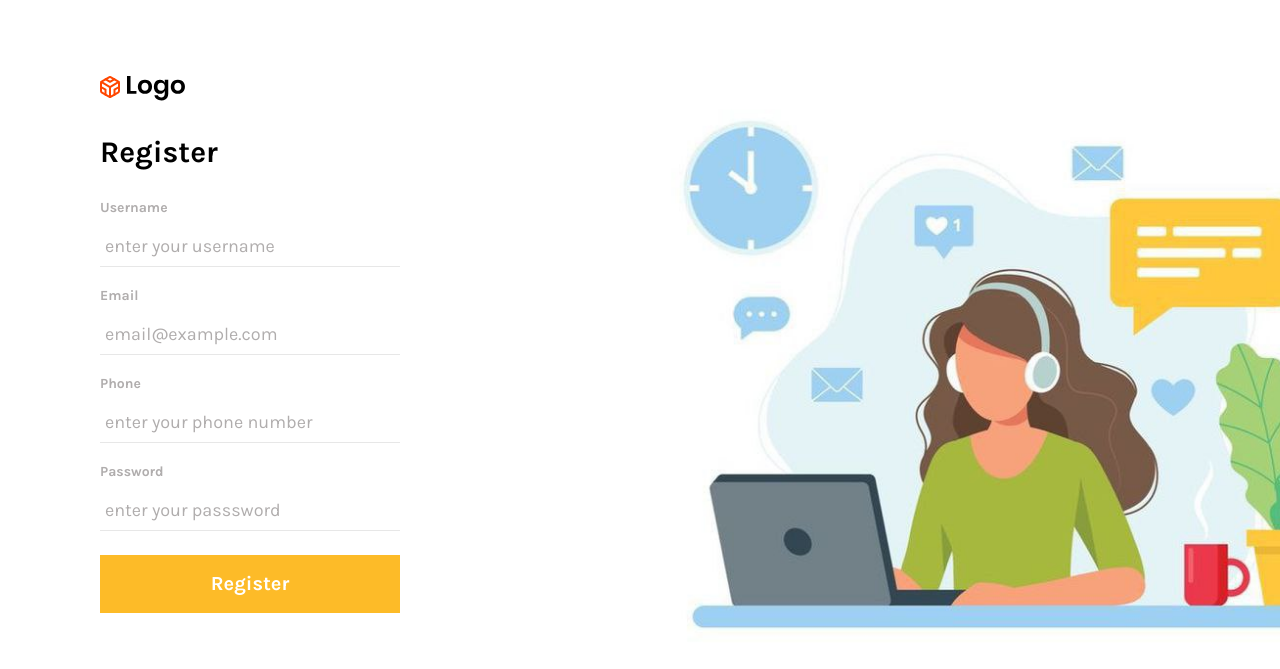
Repository: sara55m/Login
Page: http://localhost/register
These files come from the project's save history. The page is drawn as it stood at one moment and after the next save; the edit follows.
The browser window is 1280 px wide. The pictures show the whole page.
Some web libraries are served in a nearby version. The page is served by the project's Laravel application, run on PHP 8.4 with Laravel 10. Other server files are loaded and not shown.

Above is the page before, as saved 2024-03-18 08:03:42.

### routes/web.php
<?php

use Illuminate\Support\Facades\Route;
use App\Http\Controllers\RegisterController;
use App\Http\Controllers\LoginController;

/*
|--------------------------------------------------------------------------
| Web Routes
|--------------------------------------------------------------------------
|
| Here is where you can register web routes for your application. These
| routes are loaded by the RouteServiceProvider and all of them will
| be assigned to the "web" middleware group. Make something great!
|
*/

Route::get('/welcome', function () {
    return view('welcome');
});


Route::get('/register', [RegisterController::class,'create']);


Route::post('/register/store', [RegisterController::class,'store']);

Route::get('/login', [LoginController::class,'create']);

Route::post('/login/store', [LoginController::class,'store']);

### app/Http/Controllers/RegisterController.php
<?php

namespace App\Http\Controllers;

use Illuminate\Http\Request;
use App\Models\User;

class RegisterController extends Controller
{
    public function create(){
        return view('register');
    }
    public function store(Request $request){
        $input=$request->all();
        $validateData=$request->validate([
            'username'=>'required|max:255',
            'email'=>'required|unique:users,email|max:255',
            'phone'=>'required|max_digits:11',
            'password'=>'required'
        ]);

        User::create([

            'username'=>$request->username,
            'email'=>$request->email,
            'phone'=>$request->phone,
            'password'=>$request->password

        ]);
        session()->flash('Add','Your Account Was Successfully Created');


        return redirect('/register');


    }
}

### resources/views/register.blade.php
<!DOCTYPE html>
<html lang="en">
<head>
  <meta charset="UTF-8">
  <meta name="viewport" content="width=device-width, initial-scale=1.0">
  <meta http-equiv="X-UA-Compatible" content="ie=edge">
  <title>Register Page</title>
  <link href="https://fonts.googleapis.com/css?family=Karla:400,700&display=swap" rel="stylesheet">
  <link rel="stylesheet" href="https://cdn.materialdesignicons.com/4.8.95/css/materialdesignicons.min.css">
  <link rel="stylesheet" href="https://stackpath.bootstrapcdn.com/bootstrap/4.4.1/css/bootstrap.min.css">
  <link rel="stylesheet" href="assets/css/register.css">
</head>
<body>


              @if($errors->any())
              <div class="alert alert-danger">
                <ul>
                  @foreach ($errors->all() as $error )
                  <li>{{$error}}</li>
                  @endforeach
                </ul>
              </div>
              @endif

              @if(session()->has('Add'))
<div class="alert alert-success alert-dismissible fade show" role="alert">
	<strong>{{session()->get('Add')}}</strong>
	<button type="button" class="close" data-dismiss="alert" aria-label="Close">
		<span aria-hidden="true">&times;</span>
	</button>
</div>
@endif


<main>
  <div class="container-fluid">
    <div class="row">
      <div class="col-sm-6 login-section-wrapper">
        <div class="brand-wrapper">
          <img src="assets/images/logo.svg" alt="logo" class="logo">
        </div>
        <div class="login-wrapper my-auto">
          <h1 class="login-title">Register</h1>
          <form action="/register/store" method="post">
            @csrf

            <div class="form-group">
              <label for="username">Username</label>
              <input type="text" name="username" id="username" class="form-control" placeholder="enter your username">
            </div>
            <div class="form-group">
              <label for="email">Email</label>
              <input type="email" name="email" id="email" class="form-control" placeholder="email@example.com">
            </div>

            <div class="form-group">
              <label for="phone">Phone</label>
              <input type="text" name="phone" id="phone" class="form-control" placeholder="enter your phone number">
            </div>
            <div class="form-group mb-4">
              <label for="password">Password</label>
              <input type="password" name="password" id="password" class="form-control" placeholder="enter your passsword">
            </div>
            <input name="register" id="register" class="btn btn-block login-btn" type="button" value="Register">
          </form>


        </div>
      </div>
      <div class="col-sm-6 px-0 d-none d-sm-block">
        <img src="assets/images/login2.jpg" alt="register image" class="login-img">
      </div>
    </div>
  </div>
</main>
<script src="https://code.jquery.com/jquery-3.4.1.min.js"></script>
<script src="https://cdn.jsdelivr.net/npm/popper.js@1.16.0/dist/umd/popper.min.js"></script>
<script src="https://stackpath.bootstrapcdn.com/bootstrap/4.4.1/js/bootstrap.min.js"></script>
</body>
</html>









              {{-- <form action="/register/store" method="post">
                @csrf
                <div class="form-group">
                    <label for="username" class="sr-only">Username</label>
                    <input type="text" name="username" id="username" class="form-control" placeholder="Username">

                  </div>
                  <div class="form-group">
                    <label for="email" class="sr-only">Email</label>
                    <input type="email" name="email" id="email" class="form-control" placeholder="Email address">
                  </div>

                  <div class="form-group">
                    <label for="phone" class="sr-only">Phone</label>
                    <input type="text" name="phone" id="phone" class="form-control" placeholder="Phone Number">
                  </div>
                  <div class="form-group mb-4">
                    <label for="password" class="sr-only">Password</label>
                    <input type="password" name="password" id="password" class="form-control" placeholder="***********">
                  </div>
                  <button type="submit" class="btn btn-primary" name="register">Register</button>
                </form>



                </nav>
                @endsection --}}

### public/assets/css/register.css
body {
  font-family: "Karla", sans-serif;
  background-color: #fff;
  min-height: 100vh; }

.brand-wrapper {
  padding-top: 7px;
  padding-bottom: 8px; }
  .brand-wrapper .logo {
    height: 25px; }

.login-section-wrapper {
  display: -webkit-box;
  display: flex;
  -webkit-box-orient: vertical;
  -webkit-box-direction: normal;
          flex-direction: column;
  padding: 68px 100px;
  background-color: #fff; }
  @media (max-width: 991px) {
    .login-section-wrapper {
      padding-left: 50px;
      padding-right: 50px; } }
  @media (max-width: 575px) {
    .login-section-wrapper {
      padding-top: 20px;
      padding-bottom: 20px;
      min-height: 100vh; } }

.login-wrapper {
  width: 300px;
  max-width: 100%;
  padding-top: 24px;
  padding-bottom: 24px; }
  @media (max-width: 575px) {
    .login-wrapper {
      width: 100%; } }
  .login-wrapper label {
    font-size: 14px;
    font-weight: bold;
    color: #b0adad; }
  .login-wrapper .form-control {
    border: none;
    border-bottom: 1px solid #e7e7e7;
    border-radius: 0;
    padding: 9px 5px;
    min-height: 40px;
    font-size: 18px;
    font-weight: normal; }
    .login-wrapper .form-control::-webkit-input-placeholder {
      color: #b0adad; }
    .login-wrapper .form-control::-moz-placeholder {
      color: #b0adad; }
    .login-wrapper .form-control:-ms-input-placeholder {
      color: #b0adad; }
    .login-wrapper .form-control::-ms-input-placeholder {
      color: #b0adad; }
    .login-wrapper .form-control::placeholder {
      color: #b0adad; }
  .login-wrapper .login-btn {
    padding: 13px 20px;
    background-color: #fdbb28;
    border-radius: 0;
    font-size: 20px;
    font-weight: bold;
    color: #fff;
    margin-bottom: 14px; }
    .login-wrapper .login-btn:hover {
      border: 1px solid #fdbb28;
      background-color: #fff;
      color: #fdbb28; }
  .login-wrapper a.forgot-password-link {
    color: #080808;
    font-size: 14px;
    text-decoration: underline;
    display: inline-block;
    margin-bottom: 54px; }
    @media (max-width: 575px) {
      .login-wrapper a.forgot-password-link {
        margin-bottom: 16px; } }
  .login-wrapper-footer-text {
    font-size: 16px;
    color: #000;
    margin-bottom: 0; }

.login-title {
  font-size: 30px;
  color: #000;
  font-weight: bold;
  margin-bottom: 25px; }

.login-img {
  width: 100%;
  height: 100vh;
  -o-object-fit: cover;
     object-fit: cover;
  -o-object-position: left;
     object-position: left; }

/*# sourceMappingURL=login.css.map */

### public/assets/images/logo.svg
<svg xmlns="http://www.w3.org/2000/svg" width="85" height="25" viewBox="0 0 85 25">
  <g fill="none" fill-rule="evenodd" transform="translate(1)">
    <g stroke="#FF4600" stroke-linecap="round" stroke-linejoin="round" stroke-width="2" transform="translate(0 1)">
      <path d="M18,14 L18,6 C17.9992679,5.28620161 17.6181681,4.62689901 17,4.27 L10,0.27 C9.38119785,-0.0872655899 8.61880215,-0.0872655899 8,0.27 L1,4.27 C0.38183192,4.62689901 0.00073214874,5.28620161 0,6 L0,14 C0.00073214874,14.7137984 0.38183192,15.373101 1,15.73 L8,19.73 C8.61880215,20.0872656 9.38119785,20.0872656 10,19.73 L17,15.73 C17.6181681,15.373101 17.9992679,14.7137984 18,14 Z"/>
      <polyline points="4.5 2.21 9 4.81 13.5 2.21"/>
      <polyline points="4.5 17.79 4.5 12.6 0 10"/>
      <polyline points="18 10 13.5 12.6 13.5 17.79"/>
      <polyline points=".27 4.96 9 10.01 17.73 4.96"/>
      <line x1="9" x2="9" y1="20.08" y2="10"/>
    </g>
    <path fill="#000" fill-rule="nonzero" d="M29.525,14.95 L35.45,14.95 L35.45,17.65 L26,17.65 L26,1.77635684e-15 L29.525,1.77635684e-15 L29.525,14.95 Z M43.95,3.625 C45.3000068,3.625 46.5124946,3.9083305 47.5875,4.475 C48.6625054,5.0416695 49.5083303,5.86249463 50.125,6.9375 C50.7416698,8.01250538 51.05,9.27499275 51.05,10.725 C51.05,12.1750073 50.7416698,13.433328 50.125,14.5 C49.5083303,15.566672 48.6625054,16.3874971 47.5875,16.9625 C46.5124946,17.5375029 45.3000068,17.825 43.95,17.825 C42.5999933,17.825 41.3875054,17.5375029 40.3125,16.9625 C39.2374946,16.3874971 38.3916698,15.566672 37.775,14.5 C37.1583303,13.433328 36.85,12.1750073 36.85,10.725 C36.85,9.27499275 37.1583303,8.01250538 37.775,6.9375 C38.3916698,5.86249463 39.2374946,5.0416695 40.3125,4.475 C41.3875054,3.9083305 42.5999933,3.625 43.95,3.625 Z M43.95,6.675 C42.9666618,6.675 42.1333368,7.02082988 41.45,7.7125 C40.7666633,8.40417013 40.425,9.40832675 40.425,10.725 C40.425,12.0416733 40.7666633,13.0458299 41.45,13.7375 C42.1333368,14.4291701 42.9666618,14.775 43.95,14.775 C44.9333383,14.775 45.7666633,14.4291701 46.45,13.7375 C47.1333368,13.0458299 47.475,12.0416733 47.475,10.725 C47.475,9.40832675 47.1333368,8.40417013 46.45,7.7125 C45.7666633,7.02082988 44.9333383,6.675 43.95,6.675 Z M58.975,3.625 C60.1416725,3.625 61.1416625,3.89999725 61.975,4.45 C62.8083375,5.00000275 63.3999983,5.741662 63.75,6.675 L63.75,3.8 L67.25,3.8 L67.25,17.7 C67.25,18.9833398 66.9958359,20.1374949 66.4875,21.1625 C65.9791641,22.1875051 65.2208384,22.9916638 64.2125,23.575 C63.2041616,24.1583363 61.9833405,24.45 60.55,24.45 C58.54999,24.45 56.9333395,23.9750048 55.7,23.025 C54.4666605,22.0749953 53.716668,20.7833415 53.45,19.15 L56.925,19.15 C57.125001,19.8500035 57.5124971,20.3958314 58.0875,20.7875 C58.6625029,21.1791686 59.3999955,21.375 60.3,21.375 C61.3333385,21.375 62.1666635,21.0708364 62.8,20.4625 C63.4333365,19.8541636 63.75,18.9333395 63.75,17.7 L63.75,14.75 C63.3999983,15.683338 62.8083375,16.4291639 61.975,16.9875 C61.1416625,17.5458361 60.1416725,17.825 58.975,17.825 C57.8083275,17.825 56.758338,17.5416695 55.825,16.975 C54.891662,16.4083305 54.1625026,15.5875054 53.6375,14.5125 C53.1124974,13.4374946 52.85,12.1750073 52.85,10.725 C52.85,9.27499275 53.1124974,8.01250538 53.6375,6.9375 C54.1625026,5.86249463 54.891662,5.0416695 55.825,4.475 C56.758338,3.9083305 57.8083275,3.625 58.975,3.625 Z M60.075,6.7 C58.9749945,6.7 58.09167,7.05832975 57.425,7.775 C56.75833,8.49167025 56.425,9.47499375 56.425,10.725 C56.425,11.9750063 56.75833,12.9541631 57.425,13.6625 C58.09167,14.3708369 58.9749945,14.725 60.075,14.725 C61.141672,14.725 62.0208299,14.3625036 62.7125,13.6375 C63.4041701,12.9124964 63.75,11.9416728 63.75,10.725 C63.75,9.4916605 63.4041701,8.51250363 62.7125,7.7875 C62.0208299,7.06249638 61.141672,6.7 60.075,6.7 Z M76.85,3.625 C78.2000068,3.625 79.4124946,3.9083305 80.4875,4.475 C81.5625054,5.0416695 82.4083303,5.86249463 83.025,6.9375 C83.6416698,8.01250538 83.95,9.27499275 83.95,10.725 C83.95,12.1750073 83.6416698,13.433328 83.025,14.5 C82.4083303,15.566672 81.5625054,16.3874971 80.4875,16.9625 C79.4124946,17.5375029 78.2000068,17.825 76.85,17.825 C75.4999933,17.825 74.2875054,17.5375029 73.2125,16.9625 C72.1374946,16.3874971 71.2916698,15.566672 70.675,14.5 C70.0583303,13.433328 69.75,12.1750073 69.75,10.725 C69.75,9.27499275 70.0583303,8.01250538 70.675,6.9375 C71.2916698,5.86249463 72.1374946,5.0416695 73.2125,4.475 C74.2875054,3.9083305 75.4999933,3.625 76.85,3.625 Z M76.85,6.675 C75.8666618,6.675 75.0333368,7.02082988 74.35,7.7125 C73.6666633,8.40417013 73.325,9.40832675 73.325,10.725 C73.325,12.0416733 73.6666633,13.0458299 74.35,13.7375 C75.0333368,14.4291701 75.8666618,14.775 76.85,14.775 C77.8333383,14.775 78.6666633,14.4291701 79.35,13.7375 C80.0333368,13.0458299 80.375,12.0416733 80.375,10.725 C80.375,9.40832675 80.0333368,8.40417013 79.35,7.7125 C78.6666633,7.02082988 77.8333383,6.675 76.85,6.675 Z"/>
  </g>
</svg>

### public/assets/images/email.svg
<?xml version="1.0" encoding="iso-8859-1"?>
<!-- Generator: Adobe Illustrator 19.0.0, SVG Export Plug-In . SVG Version: 6.00 Build 0)  -->
<svg version="1.1" id="Layer_1" xmlns="http://www.w3.org/2000/svg" xmlns:xlink="http://www.w3.org/1999/xlink" x="0px" y="0px"
	 viewBox="0 0 512 512" style="enable-background:new 0 0 512 512;" xml:space="preserve">
<path style="fill:#5DDDD3;" d="M255.999,0C397.385,0,512,114.613,512,256.001C512,397.385,397.385,512,255.999,512
	S0,397.385,0,256.001C0,114.613,114.615,0,255.999,0z"/>
<g>
	<path style="fill:#F5A209;" d="M450.359,244.56H61.643l194.358-114.723L450.359,244.56z"/>
	<path style="fill:#F5A209;" d="M61.641,244.56h388.716v229.45H61.641V244.56z"/>
</g>
<path style="fill:#FFFFFF;" d="M101.578,77.635h244.43l64.413,64.413v331.965H101.578V77.637V77.635z"/>
<path style="fill:#ECF0F1;" d="M148.146,162.641h215.701v4.864H148.146V162.641z M148.146,215.039L148.146,215.039h215.701v4.868
	H148.146V215.039z M148.146,224.064L148.146,224.064h215.701v4.866H148.146V224.064z M148.146,233.088L148.146,233.088h215.701
	v4.864H148.146V233.088z M148.146,242.113L148.146,242.113h215.712v4.864H148.146V242.113z M148.146,171.665L148.146,171.665
	h215.701v4.866H148.146V171.665z M148.146,180.69L148.146,180.69h215.701v4.866H148.146V180.69z M148.146,189.714L148.146,189.714
	h215.712v4.864H148.146V189.714z M148.144,198.739L148.144,198.739h165.225v4.864H148.144V198.739z M148.144,251.139
	L148.144,251.139h165.225v4.866H148.144V251.139z"/>
<path style="fill:#FFCA4F;" d="M346.01,77.635v64.413h64.413L346.01,77.635z"/>
<path style="fill:#B3B3B3;" d="M218.214,426.22h73.188v7.15h-73.188V426.22z"/>
<g>
	<path style="fill:#FBB429;" d="M61.641,244.56l194.358,114.723L61.641,474.01V244.56z"/>
	<path style="fill:#FBB429;" d="M450.359,244.56L256.001,359.283L450.359,474.01V244.56z"/>
</g>
<path style="fill:#F5A209;" d="M255.999,359.283L61.641,474.01h388.716L255.999,359.283z"/>
<path style="fill:#F7FAFA;" d="M410.42,206.456v-64.41h-64.41L410.42,206.456z"/>
<path style="fill:#FFCA4F;" d="M103.842,16.605c33.759,0,61.127,27.367,61.127,61.127s-27.369,61.127-61.127,61.127
	c-33.761,0-61.127-27.369-61.127-61.127C42.715,43.971,70.083,16.605,103.842,16.605z"/>
<g>
	<path style="fill:#FFFFFF;" d="M108.481,93.852c-1.905,2.207-4.039,3.98-6.412,5.318c-2.359,1.336-4.732,1.998-7.106,1.998
		c-2.615,0-5.153-0.765-7.631-2.282c-2.463-1.532-4.46-3.876-6.008-7.047c-1.548-3.168-2.313-6.654-2.313-10.44
		c0-4.67,1.202-9.342,3.59-14.029c2.388-4.67,5.36-8.184,8.908-10.544c3.545-2.344,7-3.515,10.334-3.515
		c2.553,0,4.987,0.659,7.313,1.998c2.315,1.338,4.313,3.38,5.98,6.099l1.548-6.835h7.84l-6.339,29.56
		c-0.889,4.116-1.323,6.383-1.323,6.817c0,0.798,0.3,1.488,0.902,2.059c0.602,0.571,1.336,0.855,2.176,0.855
		c1.561,0,3.605-0.886,6.129-2.674c3.349-2.344,6.008-5.483,7.962-9.432c1.951-3.936,2.926-7.99,2.926-12.182
		c0-4.897-1.261-9.463-3.768-13.699c-2.509-4.249-6.264-7.644-11.251-10.2c-4.97-2.538-10.484-3.814-16.508-3.814
		c-6.879,0-13.172,1.607-18.852,4.807c-5.693,3.215-10.109,7.812-13.231,13.805c-3.142,5.995-4.703,12.42-4.703,19.286
		c0,7.181,1.561,13.355,4.688,18.536c3.138,5.197,7.66,9.027,13.577,11.505c5.918,2.476,12.466,3.709,19.663,3.709
		c7.706,0,14.149-1.29,19.345-3.889c5.197-2.582,9.086-5.739,11.672-9.448h7.929c-1.501,3.08-4.07,6.233-7.704,9.432
		c-3.636,3.199-7.962,5.739-12.978,7.6c-5.018,1.863-11.071,2.794-18.131,2.794c-6.52,0-12.528-0.842-18.025-2.509
		c-5.512-1.667-10.197-4.176-14.074-7.523c-3.876-3.365-6.791-7.228-8.758-11.582c-2.463-5.541-3.695-11.52-3.695-17.934
		c0-7.135,1.473-13.952,4.403-20.426c3.587-7.931,8.681-14.014,15.275-18.236c6.595-4.22,14.585-6.324,23.989-6.324
		c7.285,0,13.833,1.486,19.632,4.46c5.799,2.974,10.38,7.404,13.714,13.293c2.855,5.062,4.282,10.577,4.282,16.523
		c0,8.502-2.99,16.043-8.967,22.635c-5.349,5.92-11.176,8.879-17.513,8.879c-2.031,0-3.651-0.317-4.897-0.933
		c-1.248-0.615-2.161-1.502-2.749-2.659C108.933,96.93,108.664,95.653,108.481,93.852z M87.123,81.954L87.123,81.954
		c0,4.026,0.961,7.148,2.871,9.373c1.905,2.238,4.086,3.349,6.562,3.349c1.638,0,3.365-0.498,5.197-1.473
		c1.817-0.992,3.561-2.447,5.214-4.385c1.665-1.938,3.018-4.401,4.07-7.375c1.065-2.974,1.592-5.962,1.592-8.965
		c0-3.982-0.992-7.091-2.974-9.285c-1.982-2.207-4.403-3.305-7.241-3.305c-1.876,0-3.651,0.481-5.318,1.427
		c-1.654,0.961-3.259,2.494-4.82,4.61c-1.548,2.103-2.809,4.67-3.742,7.706c-0.946,3.018-1.411,5.797-1.411,8.321V81.954z"/>
	<path style="fill:#FFFFFF;" d="M473.318,59.119l18.644,16.812l1.707,1.539l-1.707,1.537l-18.644,16.812l-2.767-3.074l14.638-13.203
		h-68.45v-4.145h68.45l-14.638-13.203l2.767-3.074V59.119z"/>
	<path style="fill:#FFFFFF;" d="M405.645,70.798l-18.642,16.814l-1.707,1.537l1.707,1.539l18.642,16.814l2.767-3.076l-14.638-13.203
		h68.45v-4.143h-68.45l14.638-13.205l-2.767-3.076V70.798z"/>
</g>
<g>
</g>
<g>
</g>
<g>
</g>
<g>
</g>
<g>
</g>
<g>
</g>
<g>
</g>
<g>
</g>
<g>
</g>
<g>
</g>
<g>
</g>
<g>
</g>
<g>
</g>
<g>
</g>
<g>
</g>
</svg>

Loaded but not shown: app/Http/Controllers/Controller.php (common file)

After the next save:
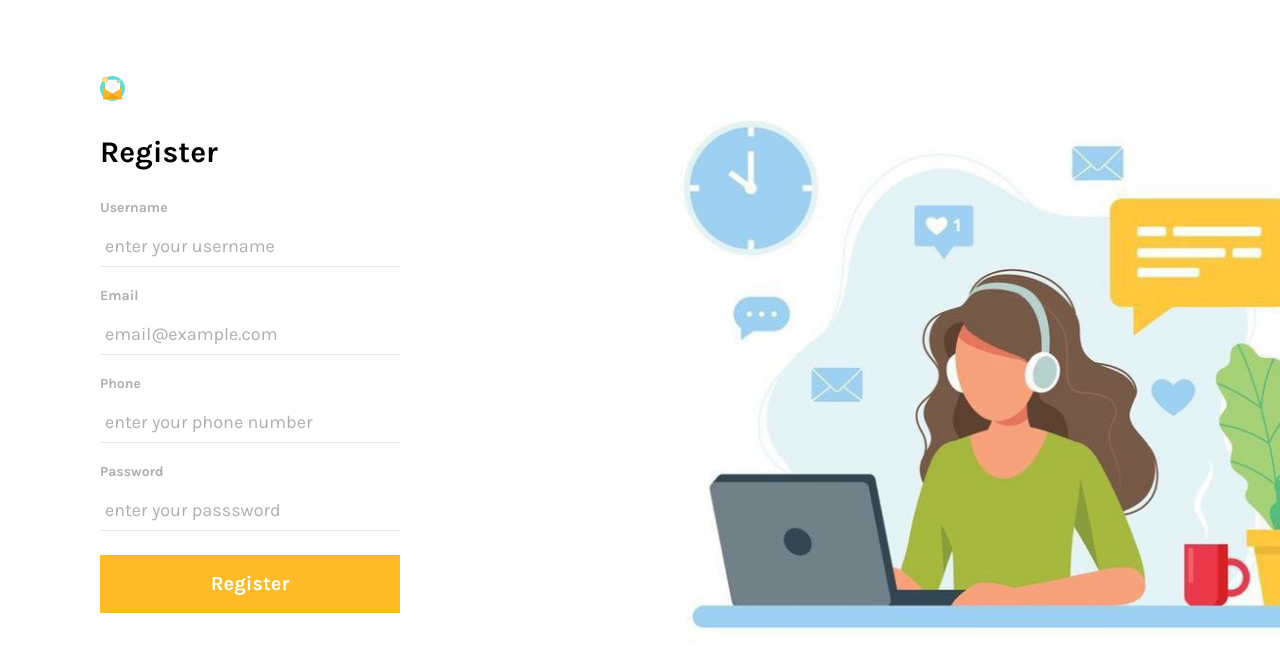
Saved 6 min 13 s later.
--- a/resources/views/register.blade.php
+++ b/resources/views/register.blade.php
@@ -38,7 +38,7 @@
     <div class="row">
       <div class="col-sm-6 login-section-wrapper">
         <div class="brand-wrapper">
-          <img src="assets/images/logo.svg" alt="logo" class="logo">
+          <img src="assets/images/email.svg" alt="logo" class="logo">
         </div>
         <div class="login-wrapper my-auto">
           <h1 class="login-title">Register</h1>
